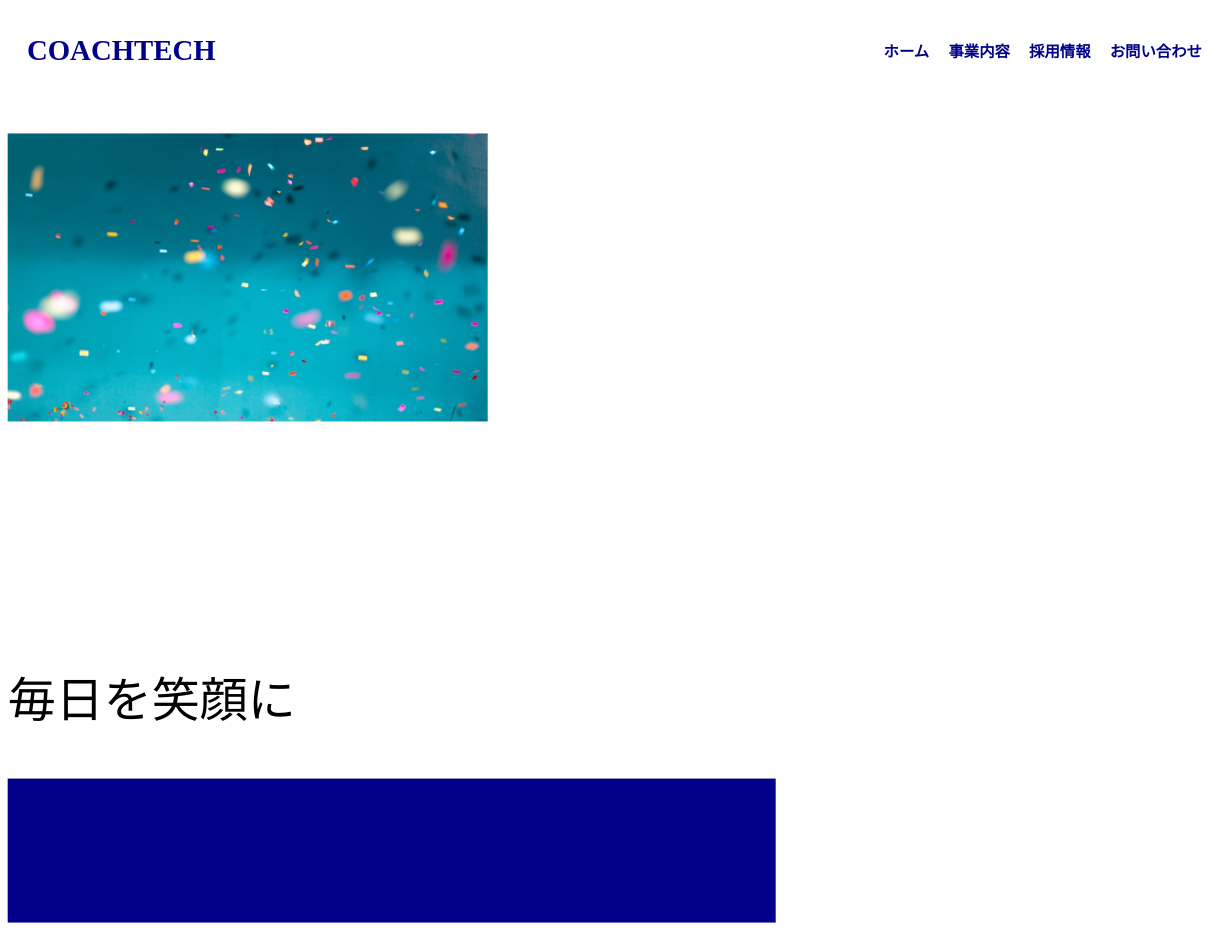
Repository: moro-ayu3/20230213_morohoshi
Page: index.html
An editor plug-in stored every save of this project. The page is shown before and after a run of saves, followed by the edit.
The browser window is 1280 px wide. The pictures show the whole page, at 96% of full size.

Above is the page before, as saved 2023-02-14 21:41:55.

After the next 2 saves:
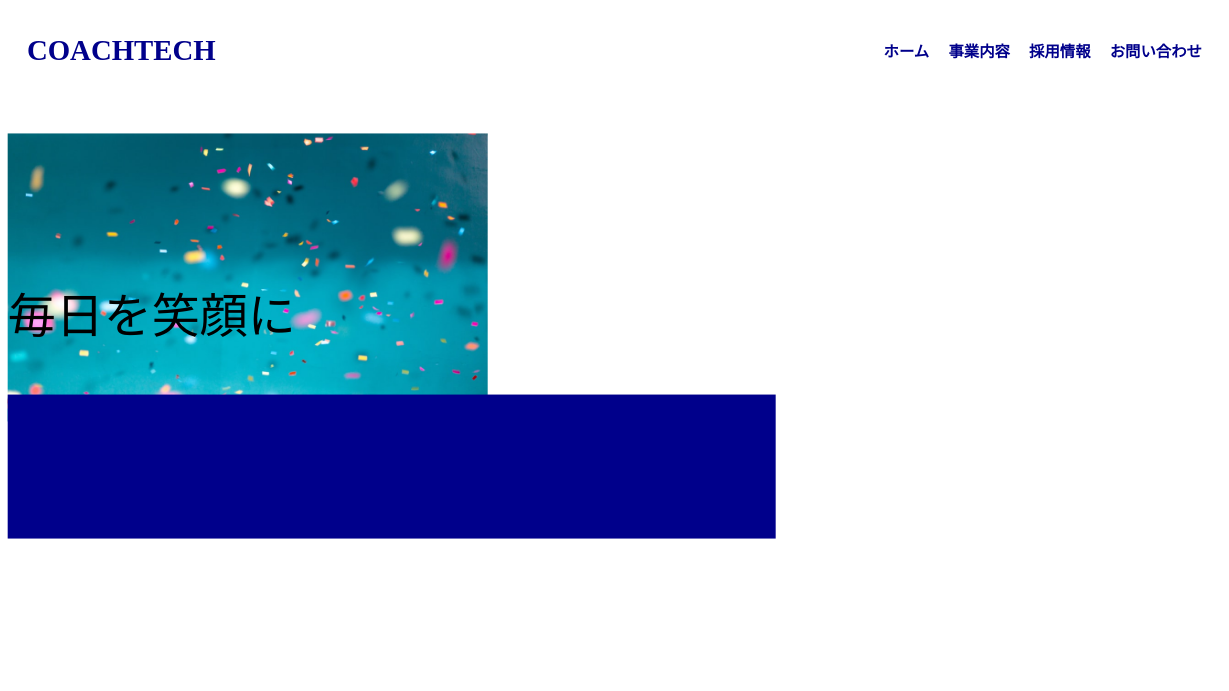
The 2 saves are shown as one change because they came seconds apart.
The last was saved 5 s later.
--- a/style.css
+++ b/style.css
@@ -27,7 +27,7 @@
 
 .relative-img {
   width: 100px;
-  height: 500px;
+  height: 100px;
   margin-top: 50px;
   text-align: right;
   z-index: 10;
